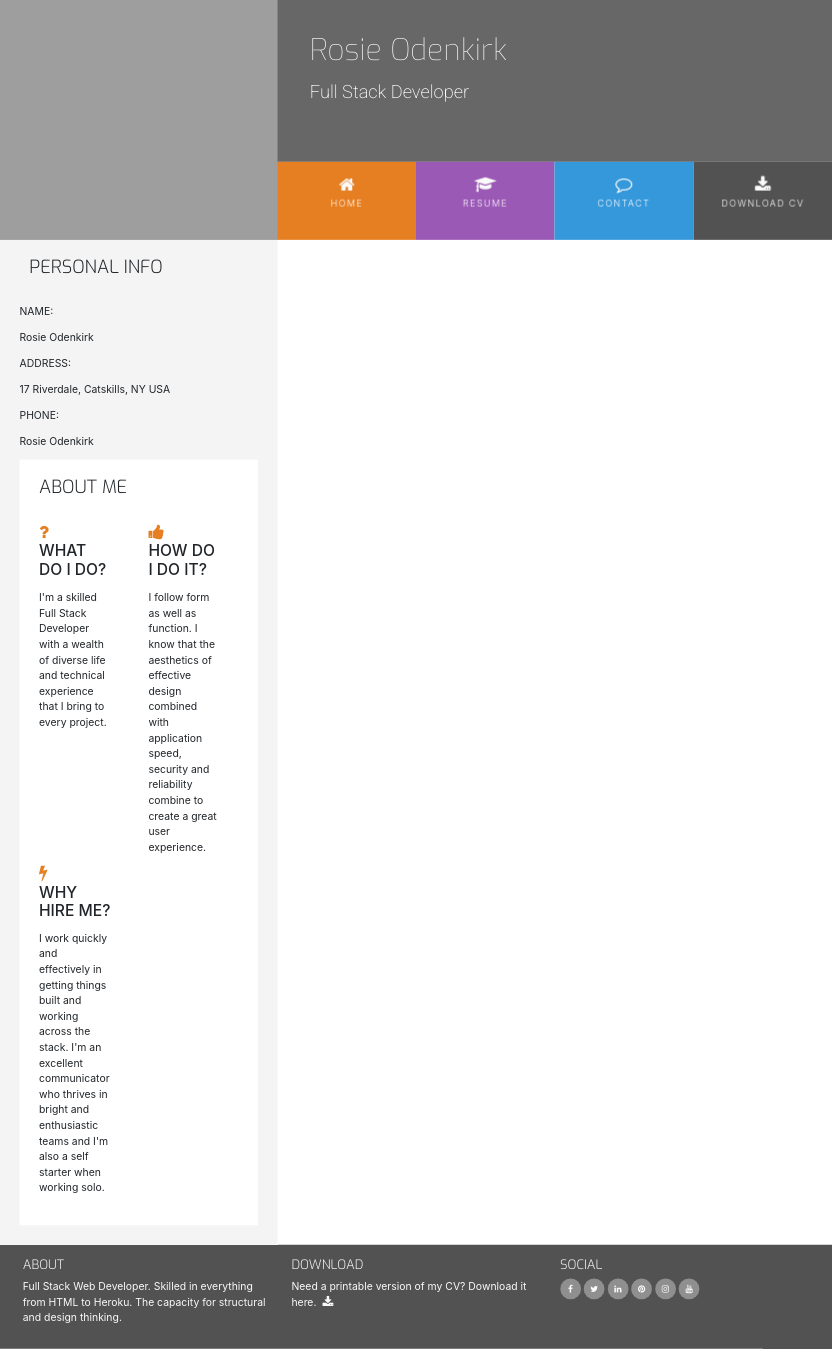
Repository: Davewalsh3/UCD-Resume
Page: index.html
The author's editor kept a record of every edit. The page is drawn from the files as they stood at one moment, then again after the next edit.
The browser window is 1280 px wide. The pictures show the whole page, at 65% of full size.
Pictures or frames that could not be fetched are drawn as grey boxes. Some web libraries are served in a nearby version.

Above is the page before.

After the next edit:
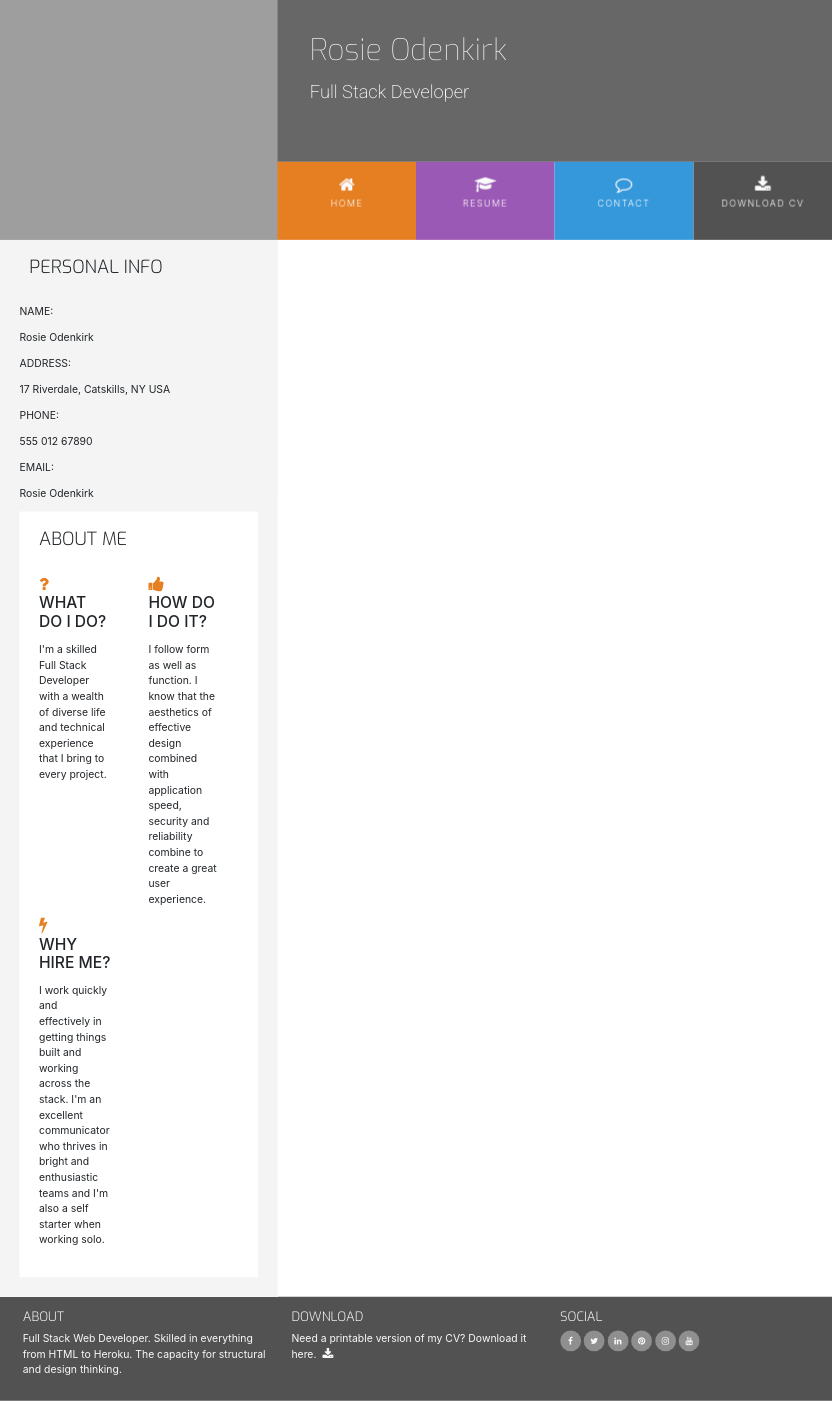
The edit:
--- a/index.html
+++ b/index.html
@@ -75,8 +75,18 @@
 
                     </div>
                     <div class="value">
-                        <p> Rosie Odenkirk </p>
-                    </div>
+                        <p> 555 012 67890 </p>
+                    </div>
+                    <div class="personal-info-item">
+                    <div class="key">
+                        <p class="uppercase">Email:      </p>
+
+                    </div>
+                    <div class="value">
+                        <p> Rosie Odenkirk        </p>
+                    </div>
+
+                </div>
 
                 </div>
 
